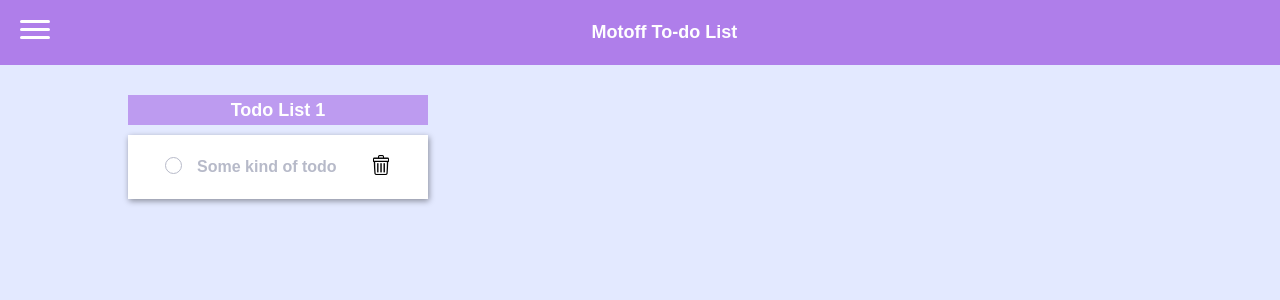
Repository: Amad-Mlinka/Todo-List-Vanilla-JS
Page: index.html
The author's editor kept a copy of each file at every save. The page is drawn from the files as they stood at one save, then again after the next save.
The browser window is 1280 px wide. The pictures show the whole page.
The page's requests for data from a server got no answer.

Above is the page before, as saved 2021-09-15 01:18:09.

After the next save:
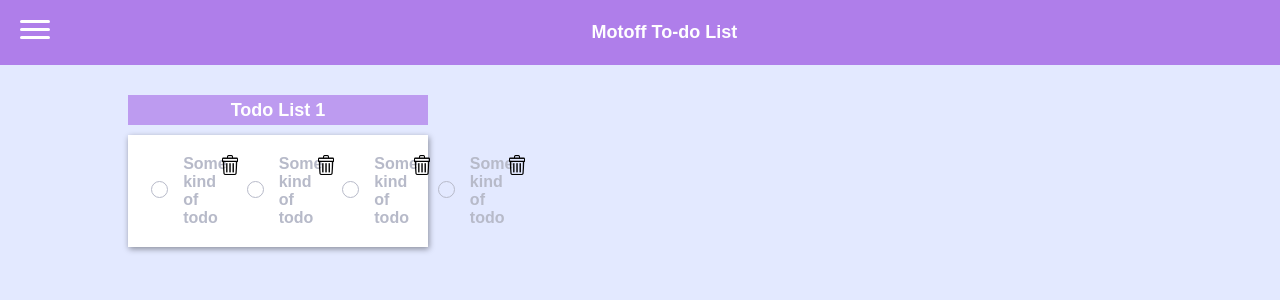
Saved 21 s later.
--- a/index.html
+++ b/index.html
@@ -49,6 +49,63 @@
                 <div class="deleteTooltip"></div>
               </div>
             </div>
+            <div class="todoItem">
+                <div class="checkDescription">
+                  <div class="todoCheck"><span class="checkCircle"></span></div>
+                  <div class="todoDescription">
+                    <span class="todoText">Some kind of todo</span>
+                  </div>
+                </div>
+
+                <div class="todoDelete">
+                  <div class="deleteIconContainer">
+                    <img
+                      class="deleteIcon"
+                      src="/public/images/trash.png"
+                      alt=""
+                    />
+                  </div>
+                  <div class="deleteTooltip"></div>
+                </div>
+              </div>
+              <div class="todoItem">
+                <div class="checkDescription">
+                  <div class="todoCheck"><span class="checkCircle"></span></div>
+                  <div class="todoDescription">
+                    <span class="todoText">Some kind of todo</span>
+                  </div>
+                </div>
+
+                <div class="todoDelete">
+                  <div class="deleteIconContainer">
+                    <img
+                      class="deleteIcon"
+                      src="/public/images/trash.png"
+                      alt=""
+                    />
+                  </div>
+                  <div class="deleteTooltip"></div>
+                </div>
+              </div>
+              <div class="todoItem">
+                <div class="checkDescription">
+                  <div class="todoCheck"><span class="checkCircle"></span></div>
+                  <div class="todoDescription">
+                    <span class="todoText">Some kind of todo</span>
+                  </div>
+                </div>
+
+                <div class="todoDelete">
+                  <div class="deleteIconContainer">
+                    <img
+                      class="deleteIcon"
+                      src="/public/images/trash.png"
+                      alt=""
+                    />
+                  </div>
+                  <div class="deleteTooltip"></div>
+                </div>
+              </div>
           </div>
         </div>
         <div class="addBtnContainer">
